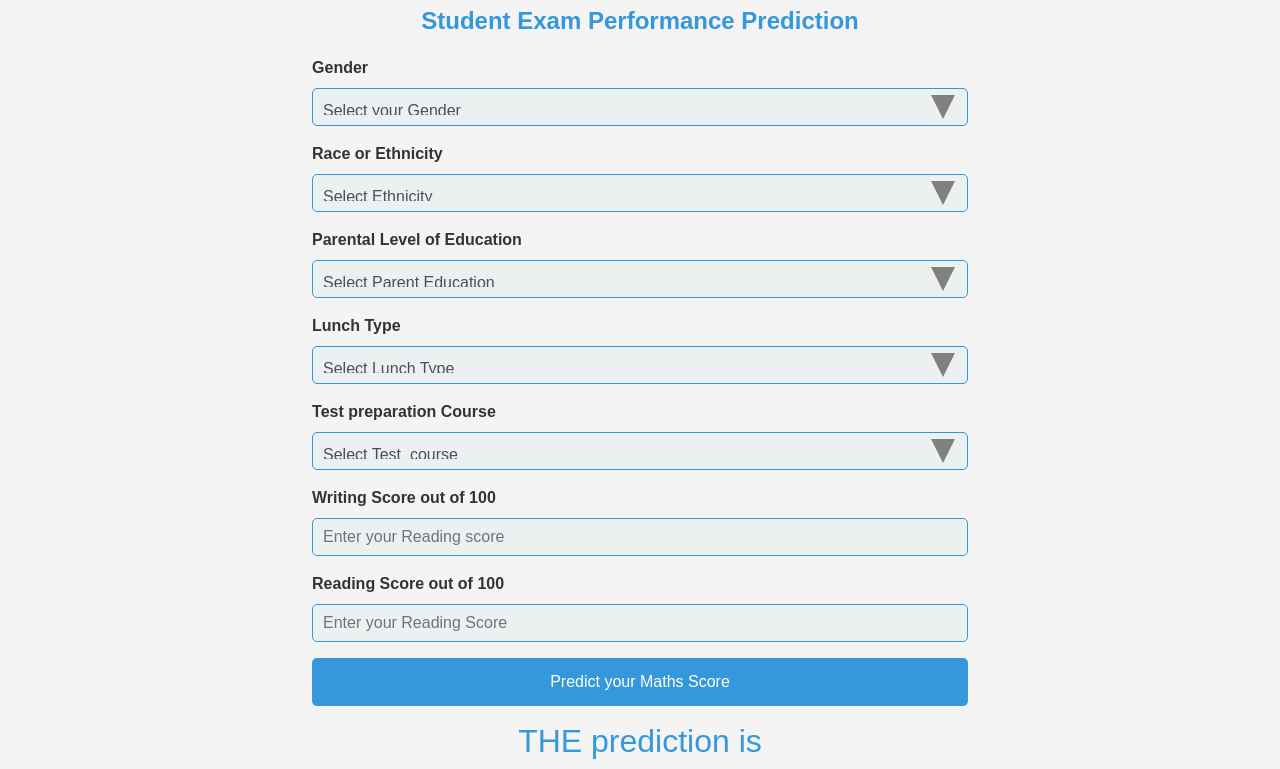
Repository: shaily29-eng/Performance-Indicator-ML
Page: http://localhost/predictdata
These files come from the project's save history. The page is drawn as it stood at one moment and after the next save; the edit follows.
The browser window is 1280 px wide. The pictures show the whole page.
The page is served by the project's application, run on Flask 3 (app.py).

Above is the page before, as saved 2023-12-01 02:21:40.

After the next save:
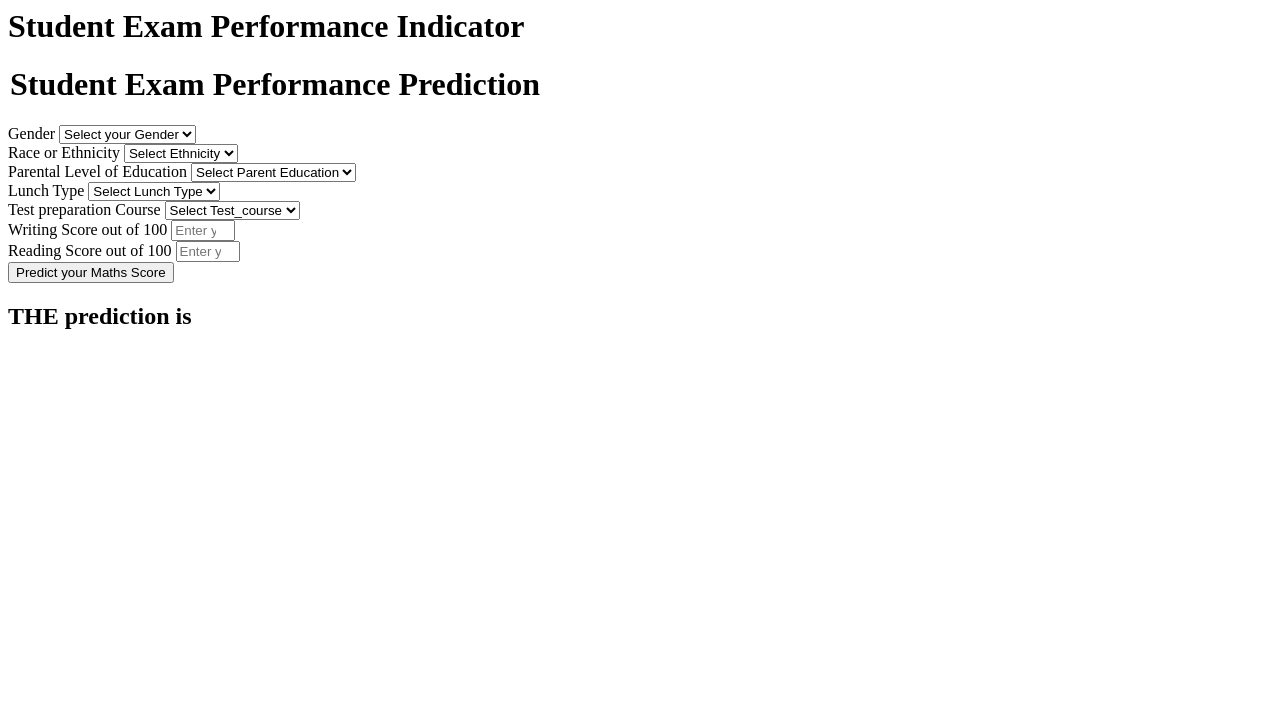
Saved 98 s later.
--- a/templates/home.html
+++ b/templates/home.html
@@ -1,11 +1,4 @@
 <html>
-    <head>
-        <meta charset="UTF-8">
-        <meta name="viewport" content="width=device-width, initial-scale=1.0">
-        <title>Student Exam Performance Indicator</title>
-        <link rel="stylesheet" href="https://stackpath.bootstrapcdn.com/bootstrap/4.5.2/css/bootstrap.min.css">
-        <link rel="stylesheet" href="styles.css"> <!-- Link to your custom CSS file -->
-    </head>
 <body>
     <div class="login">
        <h1>Student Exam Performance Indicator</h1>

After the save that followed:
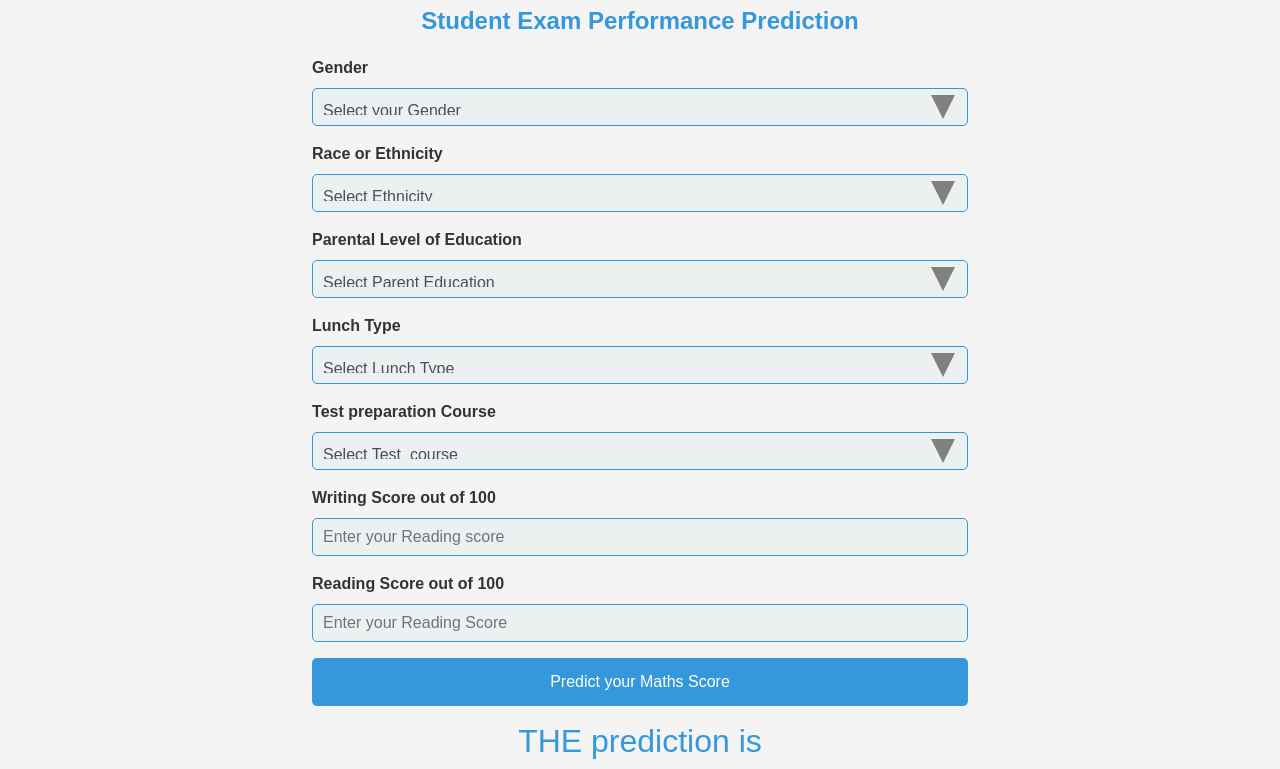
Saved 6 s later.
--- a/templates/home.html
+++ b/templates/home.html
@@ -1,4 +1,11 @@
 <html>
+    <head>
+        <meta charset="UTF-8">
+        <meta name="viewport" content="width=device-width, initial-scale=1.0">
+        <title>Student Exam Performance Indicator</title>
+        <link rel="stylesheet" href="https://stackpath.bootstrapcdn.com/bootstrap/4.5.2/css/bootstrap.min.css">
+        <link rel="stylesheet" href="styles.css"> <!-- Link to your custom CSS file -->
+    </head>
 <body>
     <div class="login">
        <h1>Student Exam Performance Indicator</h1>
